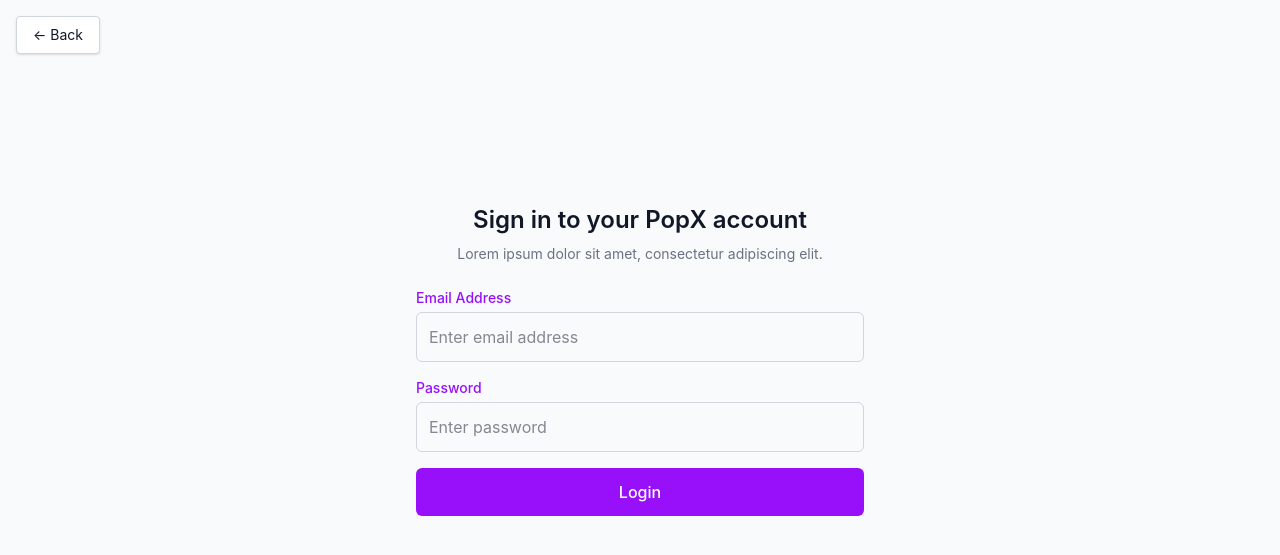
Repository: tanayburbure/inter
Page: /login
An editor plug-in stored every save of this project. The page is shown before and after the next save, followed by the edit.
The browser window is 1280 px wide. The pictures show the whole page.
The project was rebuilt for these pictures with package versions that can differ from the ones it lists, and the page was loaded fresh each time. Also part of the build but not shown: vite.config.js, src/pages/Welcome.jsx, src/pages/Signup.jsx, src/pages/Account.jsx.

Above is the page before, as saved 2025-06-17 22:47:24.

### src/index.css
@import "tailwindcss";

body {
  font-family: 'Inter', sans-serif;
}

### src/App.jsx
import React from "react";
import { BrowserRouter as Router, Routes, Route, useLocation, useNavigate } from "react-router-dom";
import Welcome from "./pages/Welcome";
import Login from "./pages/Login";
import Signup from "./pages/Signup";
import Account from "./pages/Account";
import { UserProvider } from "./pages/UserContex";

// BackButton Component (only hidden on Welcome page)
function BackButton() {
  const location = useLocation();
  const navigate = useNavigate();

  // Hide on Welcome page
  if (location.pathname === "/") return null;

  return (
    <button
      onClick={() => navigate(-1)}
      className="absolute top-4 left-4 px-4 py-2 bg-white border border-gray-300 rounded shadow text-sm hover:bg-gray-50"
    >
      ← Back
    </button>
  );
}

// AppContent separated to use Router hooks
function AppContent() {
  return (
    <div className="relative min-h-screen bg-gray-100 text-gray-900">
      <BackButton />
      <Routes>
        <Route path="/" element={<Welcome />} />
        <Route path="/login" element={<Login />} />
        <Route path="/signup" element={<Signup />} />
        <Route path="/account" element={<Account />} />
      </Routes>
    </div>
  );
}

export default function App() {
  return (
    <UserProvider>
      <Router>
        <AppContent />
      </Router>
    </UserProvider>
  );
}

### src/pages/Login.jsx
import { useNavigate } from 'react-router-dom';
import { useUser } from './UserContex'; // adjust path
import { useState } from 'react';

export default function Login() {
  const navigate = useNavigate();
  const { userData } = useUser();
  const [error, setError] = useState('');

  const handleLogin = (e) => {
    e.preventDefault();

    const form = e.target;
    const email = form.email.value;
    const password = form.password.value;

    if (!userData) {
      setError('No account found. Please sign up first.');
      return;
    }

    if (email === userData.email && password === userData.password) {
      setError('');
      navigate('/account');
    } else {
      setError('Invalid email or password.');
    }
  };

  return (
    <div className="min-h-screen flex items-center justify-center bg-gray-50 px-4 sm:px-6 lg:px-8">
      <div className="w-full max-w-md space-y-6">
        <div>
          <h2 className="text-center text-2xl font-semibold text-gray-900">Sign in to your PopX account</h2>
          <p className="mt-2 text-center text-sm text-gray-500">
            Lorem ipsum dolor sit amet, consectetur adipiscing elit.
          </p>
        </div>

        <form className="space-y-4" onSubmit={handleLogin}>
          <div>
            <label className="text-sm text-purple-600 font-medium block mb-1">Email Address</label>
            <input
              name="email"
              type="email"
              placeholder="Enter email address"
              required
              className="w-full border border-gray-300 rounded-md p-3 focus:outline-none focus:ring-2 focus:ring-purple-500"
            />
          </div>
          <div>
            <label className="text-sm text-purple-600 font-medium block mb-1">Password</label>
            <input
              name="password"
              type="password"
              placeholder="Enter password"
              required
              className="w-full border border-gray-300 rounded-md p-3 focus:outline-none focus:ring-2 focus:ring-purple-500"
            />
          </div>

          {error && <p className="text-sm text-red-500">{error}</p>}

          <button
            type="submit"
            className="w-full bg-purple-600 hover:bg-purple-700 text-white py-3 rounded-md font-medium transition duration-200"
          >
            Login
          </button>
        </form>
      </div>
    </div>
  );
}

### src/pages/UserContex.jsx
import { createContext, useState, useContext } from "react";

const UserContext = createContext();

export function UserProvider({ children }) {
  const [userData, setUserData] = useState(null);
  return (
    <UserContext.Provider value={{ userData, setUserData }}>
      {children}
    </UserContext.Provider>
  );
}

export function useUser() {
  return useContext(UserContext);
}

Loaded but not shown: index.html (common file); src/main.jsx (common file)

After the next save:
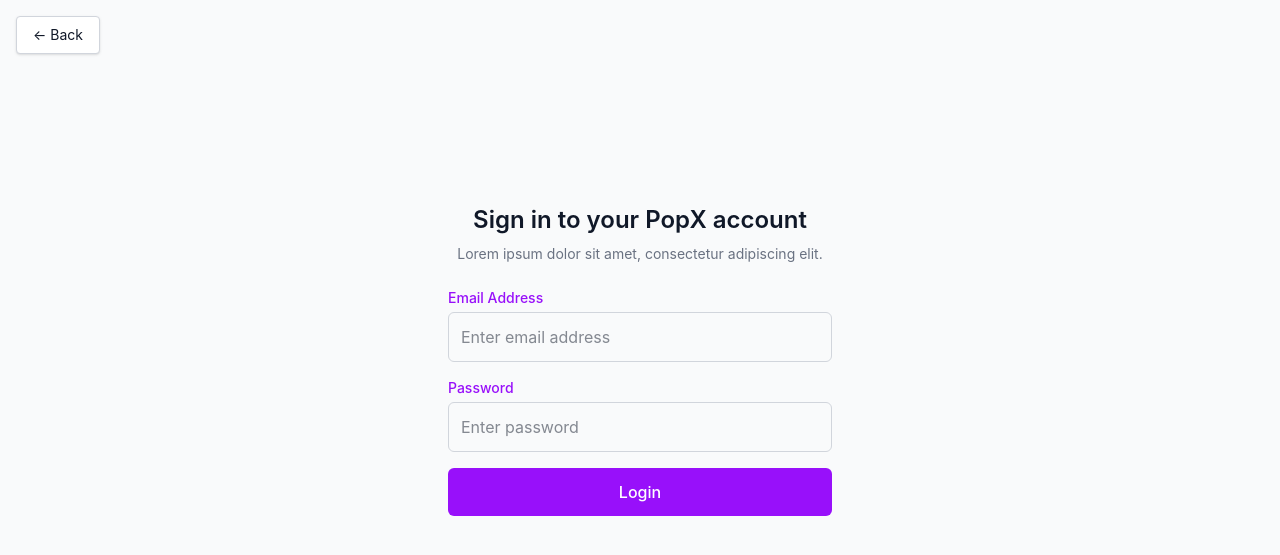
Saved 43 s later.
--- a/src/pages/Login.jsx
+++ b/src/pages/Login.jsx
@@ -29,7 +29,7 @@
 
   return (
     <div className="min-h-screen flex items-center justify-center bg-gray-50 px-4 sm:px-6 lg:px-8">
-      <div className="w-full max-w-md space-y-6">
+      <div className="w-full max-w-sm space-y-6">
         <div>
           <h2 className="text-center text-2xl font-semibold text-gray-900">Sign in to your PopX account</h2>
           <p className="mt-2 text-center text-sm text-gray-500">

After the save that followed:
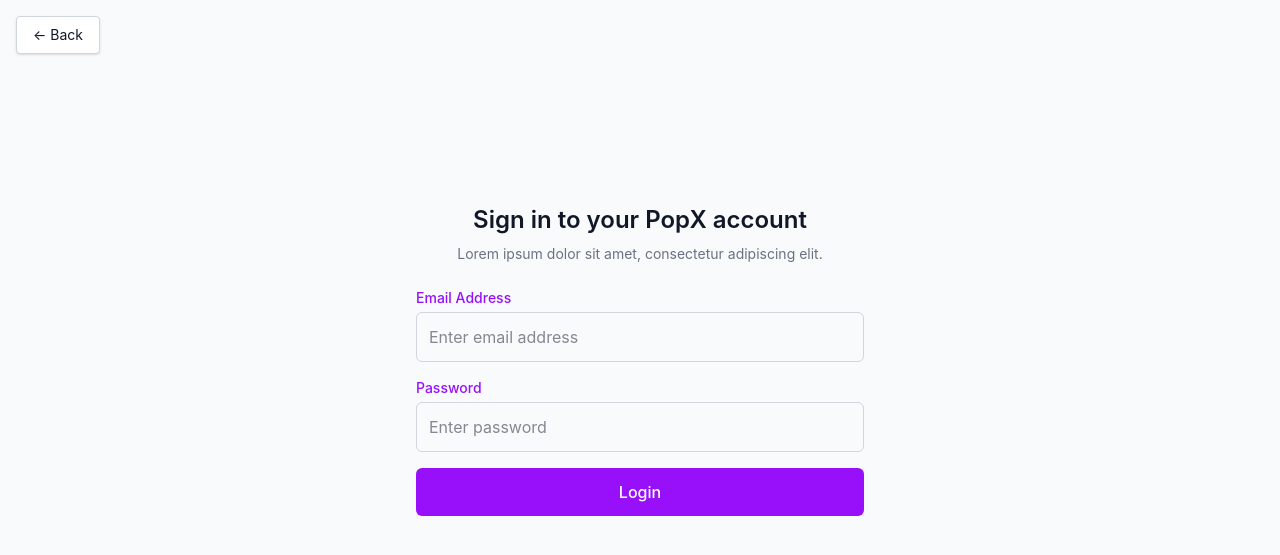
Saved 9 s later.
--- a/src/pages/Login.jsx
+++ b/src/pages/Login.jsx
@@ -29,7 +29,7 @@
 
   return (
     <div className="min-h-screen flex items-center justify-center bg-gray-50 px-4 sm:px-6 lg:px-8">
-      <div className="w-full max-w-sm space-y-6">
+      <div className="w-full max-w-md space-y-6">
         <div>
           <h2 className="text-center text-2xl font-semibold text-gray-900">Sign in to your PopX account</h2>
           <p className="mt-2 text-center text-sm text-gray-500">
